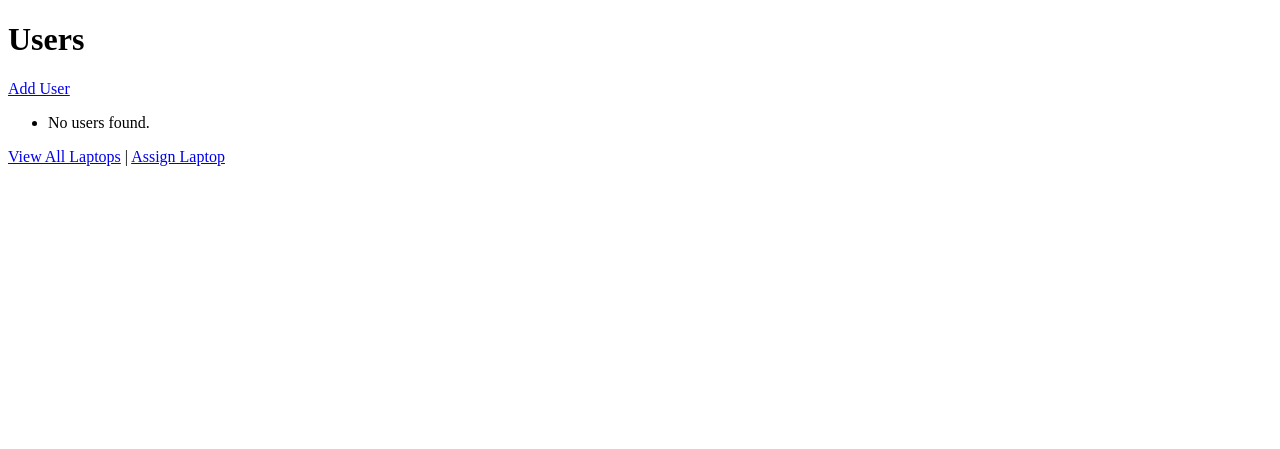
Repository: RishabhSpark/asset-management
Page: http://localhost/
These files come from the project's save history. The page is drawn as it stood at one moment and after the next save; the edit follows.
The browser window is 1280 px wide. The pictures show the whole page.
The page is served by the project's application, run on Flask 3 (app/main.py).

Above is the page before, as saved 2025-06-11 12:29:32.

After the next save:
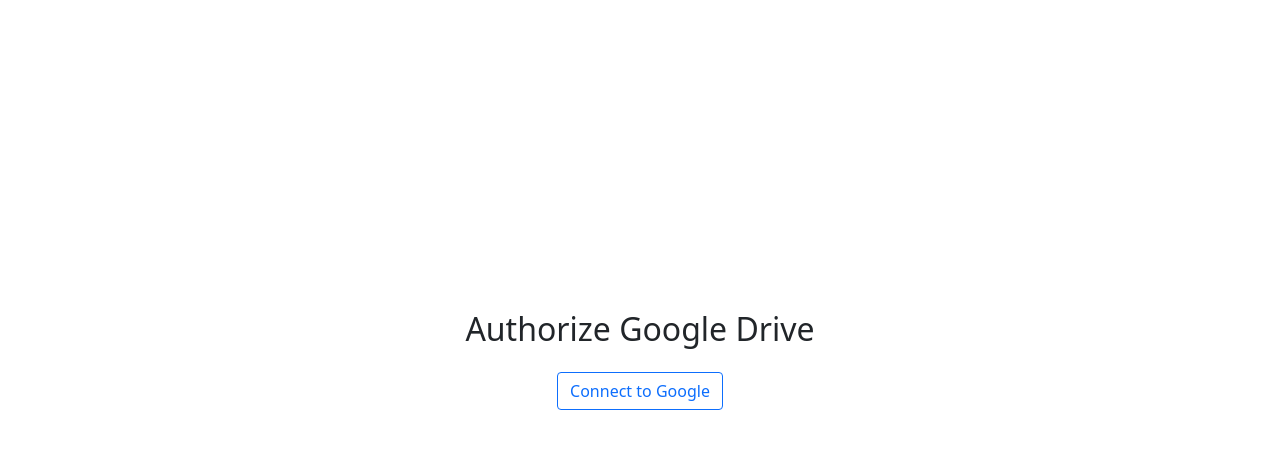
Saved 26 s later.
--- a/app/templates/index.html
+++ b/app/templates/index.html
@@ -1,21 +1,23 @@
 <!DOCTYPE html>
 <html>
-<head>
-    <title>Asset Management - Users</title>
-</head>
-<body>
-    <h1>Users</h1>
-    <a href="{{ url_for('add_user') }}">Add User</a>
-    <ul>
-        {% for user in users %}
-            <li>
-                <a href="{{ url_for('user_detail', user_id=user.id) }}">{{ user.name }} ({{ user.email }})</a>
-            </li>
-        {% else %}
-            <li>No users found.</li>
-        {% endfor %}
-    </ul>
-    <a href="{{ url_for('list_laptops') }}">View All Laptops</a> |
-    <a href="{{ url_for('assign_laptop') }}">Assign Laptop</a>
-</body>
+  <head>
+    <title>Drive Auth</title>
+    <link
+      href="https://cdn.jsdelivr.net/npm/bootstrap@5.0.2/dist/css/bootstrap.min.css"
+      rel="stylesheet"
+      integrity="sha384-EVSTQN3/azprG1Anm3QDgpJLIm9Nao0Yz1ztcQTwFspd3yD65VohhpuuCOmLASjC"
+      crossorigin="anonymous"
+    />
+  </head>
+  <body
+    class="d-flex align-items-center justify-content-center"
+    style="min-height: 100vh"
+  >
+    <div class="container text-center">
+      <h2>Authorize Google Drive</h2>
+      <a href="{{ url_for('authorize') }}" class="btn btn-outline-primary mt-3"
+        >Connect to Google</a
+      >
+    </div>
+  </body>
 </html>
